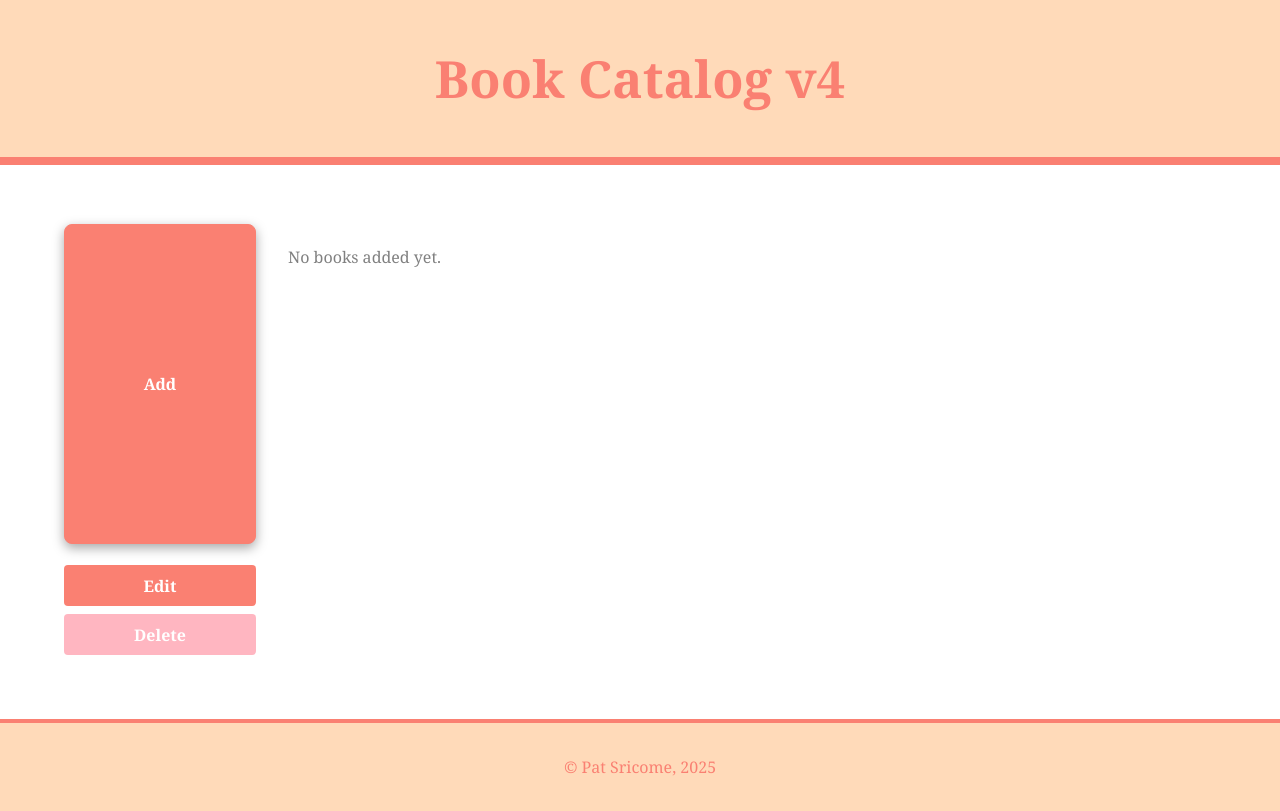
Repository: patcha-d3/book-catalog-v5
Page: /
The author's editor kept a copy of each file at every save. The page is drawn from the files as they stood at one save, then again after the next save.
The browser window is 1280 px wide. The pictures show the whole page.
The pointer rests on the first visible `.button-add`.
The project was rebuilt for these pictures with package versions that can differ from the ones it lists, and the page was loaded fresh each time. Also part of the build but not shown: vite.config.js, src/book.jsx.

Above is the page before, as saved 2025-10-14 20:43:40.

After the next save:
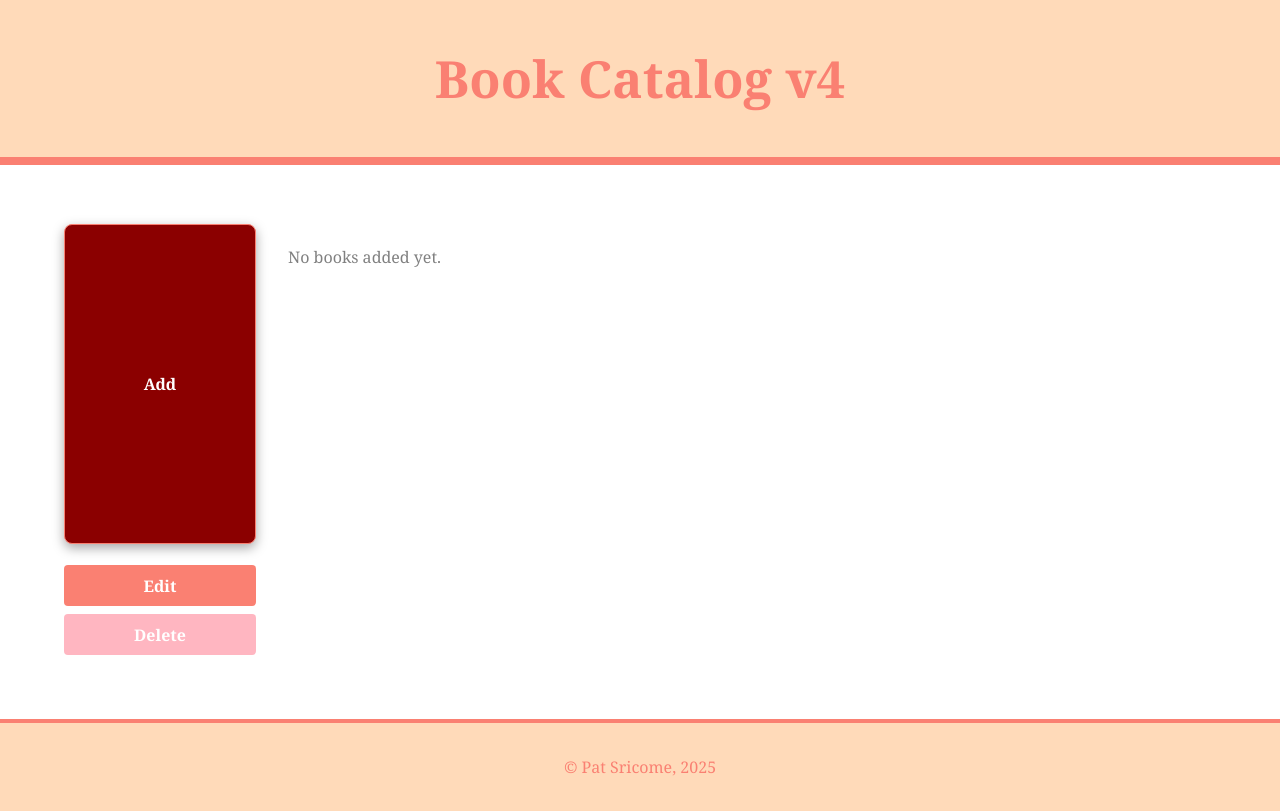
Saved 20 s later.
--- a/src/App.css
+++ b/src/App.css
@@ -93,7 +93,7 @@ body {
 }
 
 .button-add:hover {
-  background-color: salmon;
+  background-color: darkred;
   color: white;
   border-color: salmon;
   font-weight: bold;
